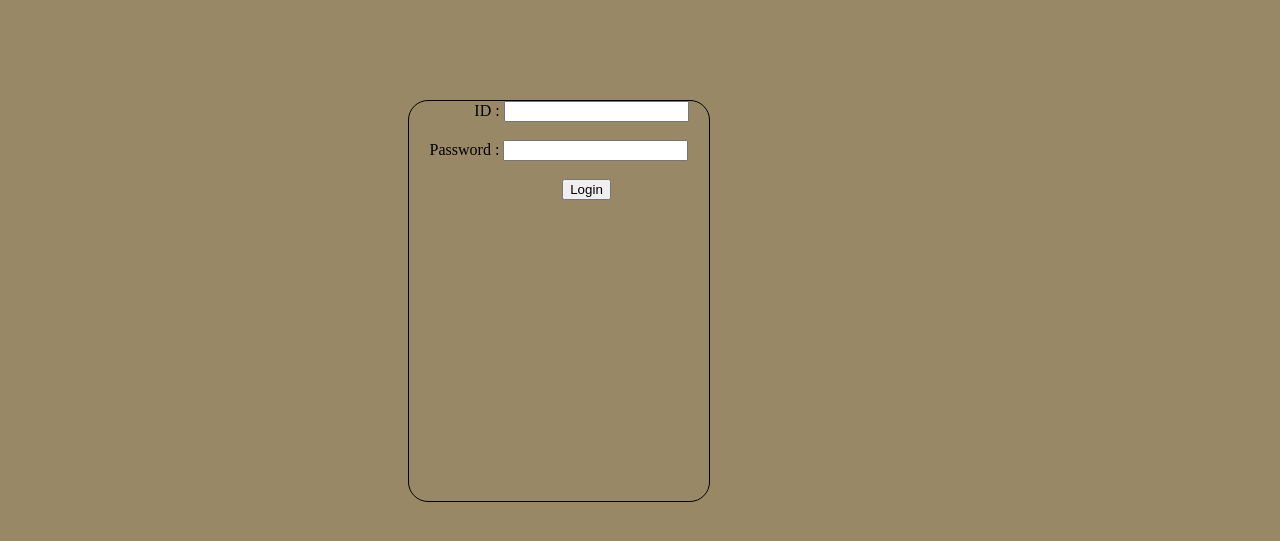
Repository: venkatasanthoshpamuru/Advance_Java_Projects
Page: http://localhost/First_JSP/
These files come from the project's save history. The page is drawn as it stood at one moment and after the next save; the edit follows.
The browser window is 1280 px wide. The pictures show the whole page.
The page is served by Tomcat 9. Other server files are loaded and not shown.

Above is the page before, as saved 2024-03-09 08:13:57.

### First_JSP/src/main/webapp/Form.html
<!DOCTYPE html>
<html>
  <head>
    <title>First JSP</title>
    <link rel="stylesheet" href="style.css"/>
  </head>
  <body bgcolor="#986" style="text-align: center;">

  <div id='border'>
    <form method="post" action="./LoginServlet">
     <label style="display:inline-block;margin-left: 45px">ID : </label>
     <input type="text" name="userid" id="userid" required/><br><br>
     <label>Password : </label>
     <input type="password" name="password" id="password" required/><br><br>
     <button type="submit" style="margin-left: 55px">Login</button>
    </form>
    </div>

  </body>
</html>

### First_JSP/src/main/webapp/style.css
@charset "ISO-8859-1";

#border{
	border:1px solid black;
	border-radius:20px;
	width:300px;
	height:400px;
	margin-left:400px;
	margin-top:100px;
}

After the next save:
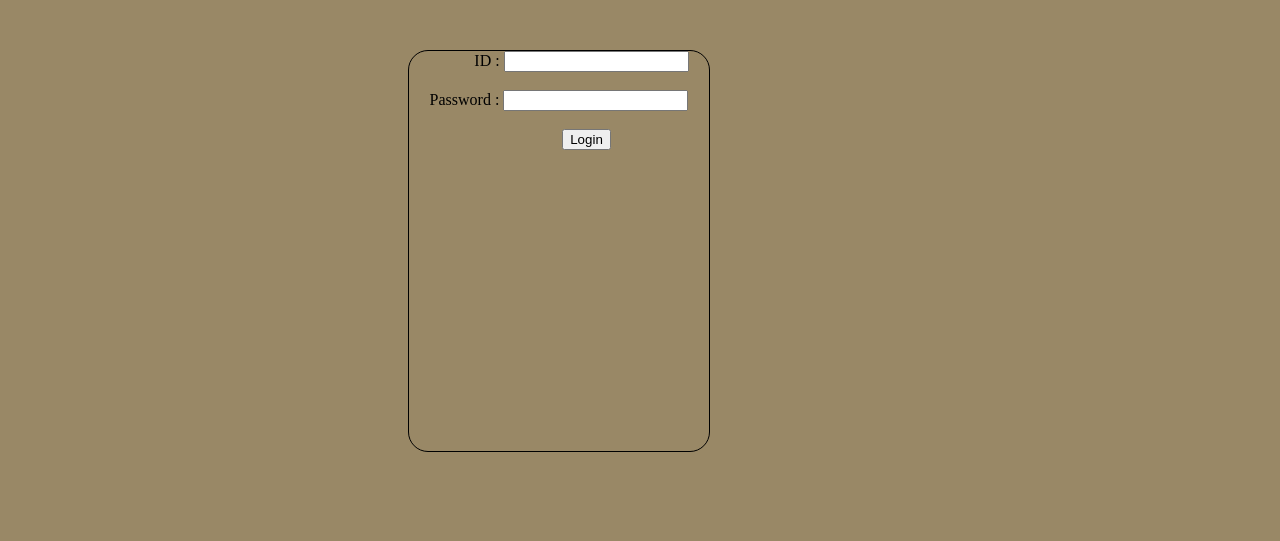
Saved 8 s later.
--- a/First_JSP/src/main/webapp/style.css
+++ b/First_JSP/src/main/webapp/style.css
@@ -6,5 +6,5 @@
 	width:300px;
 	height:400px;
 	margin-left:400px;
-	margin-top:100px;
+	margin-top:50px;
 }
